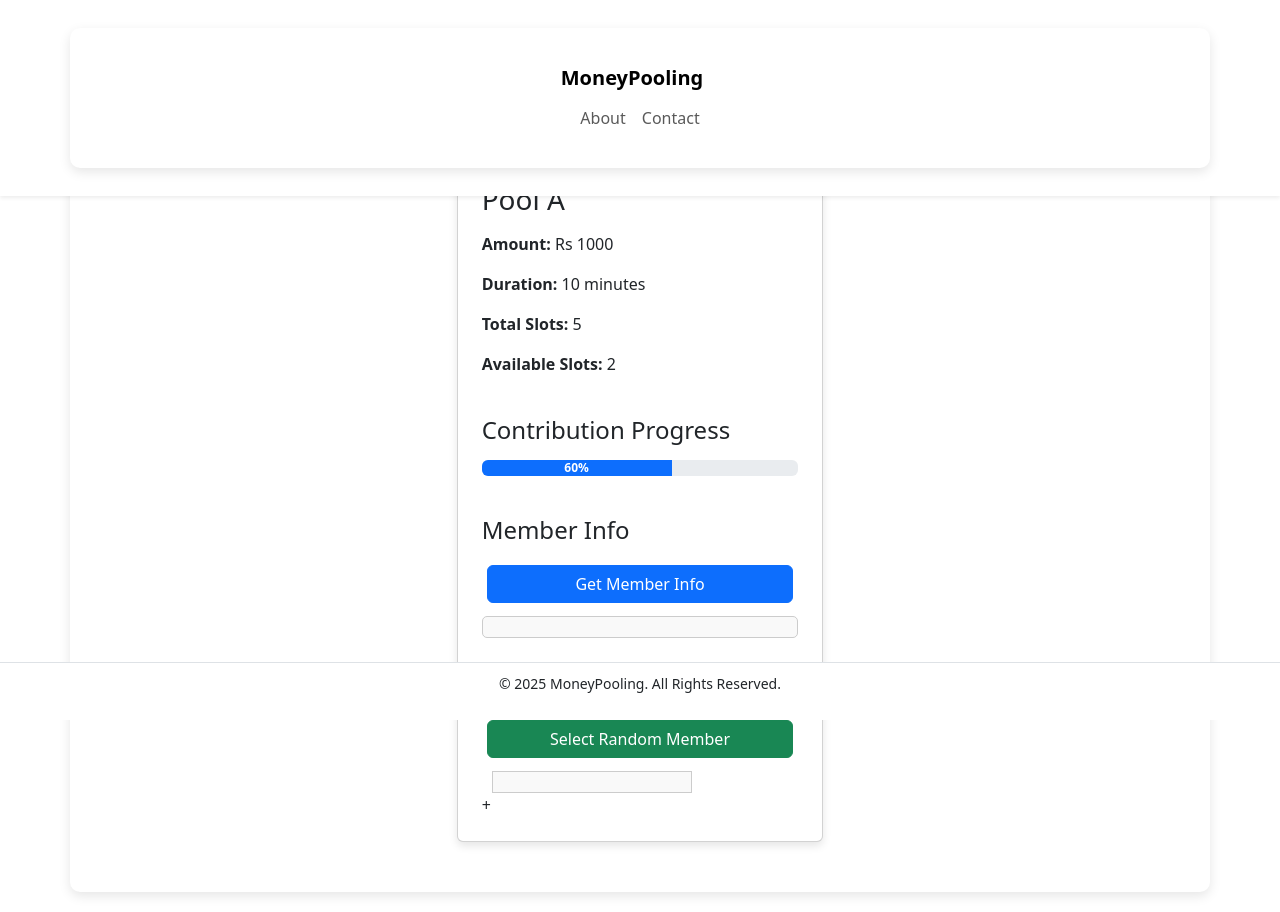
Repository: xxgautm420/MoneyPool
Page: http://localhost/progress
An editor plug-in stored every save of this project. The page is shown before and after the next save, followed by the edit.
The browser window is 1280 px wide. The pictures show the whole page.
The page is served by the project's application, run on Flask 3 (app.py).

Above is the page before, as saved 2025-03-02 13:15:54.

After the next save:
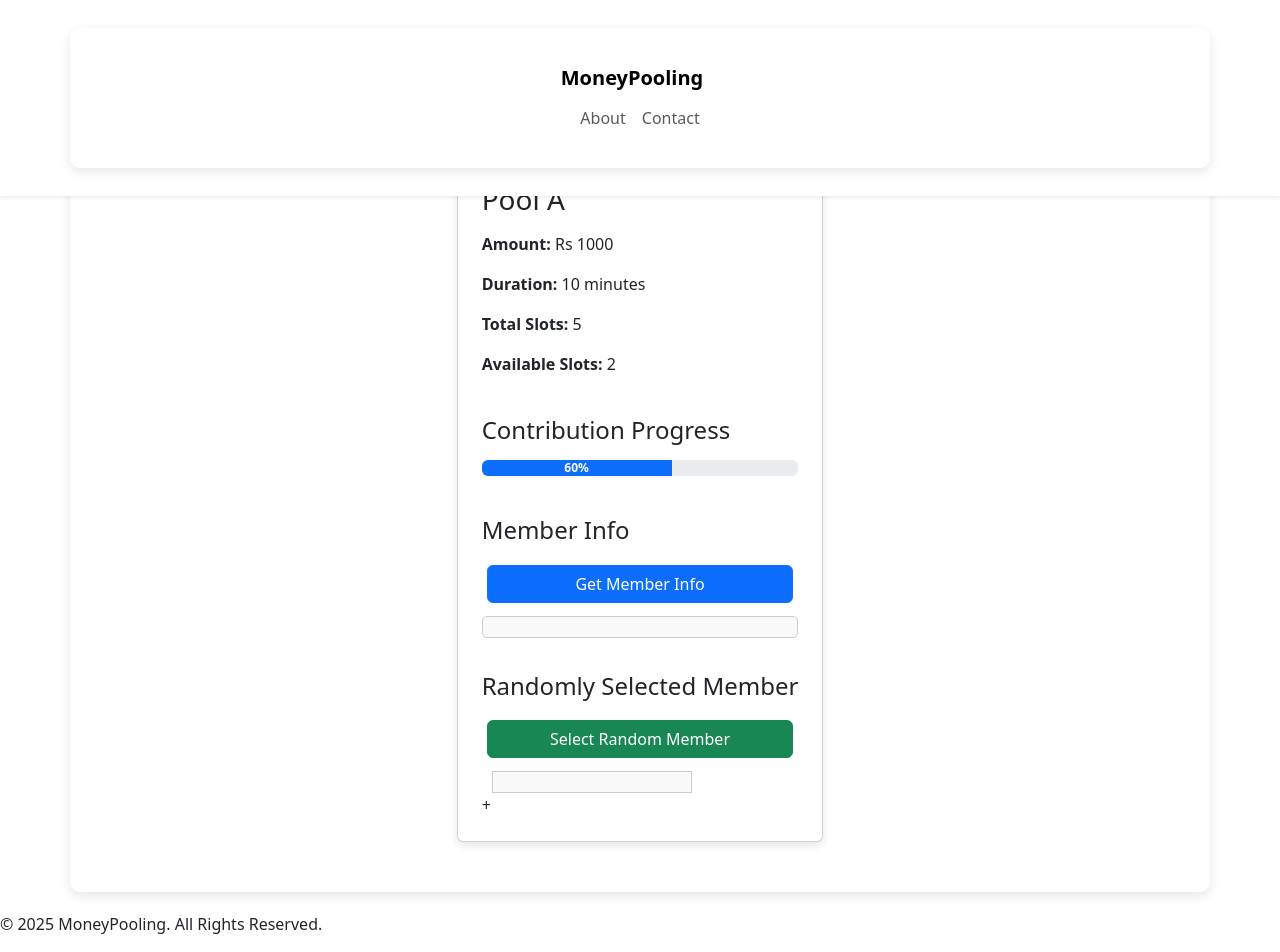
Saved 12 s later.
--- a/static/Css/progress.css
+++ b/static/Css/progress.css
@@ -91,19 +91,6 @@
     text-align: center;
 }
 
-/* Footer */
-footer {
-    width: 100%;
-    background-color: white;
-    text-align: center;
-    padding: 10px;
-    font-size: 14px;
-    border-top: 1px solid #dee2e6;
-    position: fixed; /* Fixed position to stick to the bottom */
-    bottom: 0; /* Align to the bottom of the viewport */
-    left: 0; /* Ensure it spans the entire width */
-    z-index: 1000; /* Ensure it's on top of other elements */
-}
 
 .username-placeholder {
     padding: 10px;
